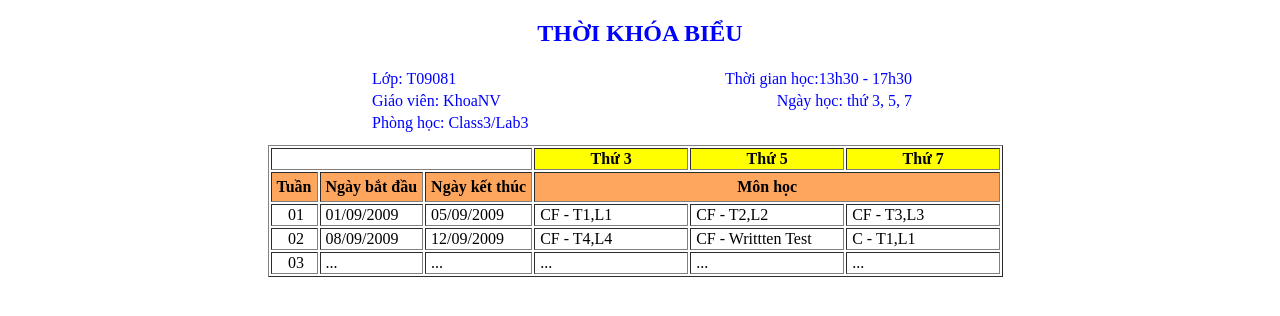
Repository: Lehuyhuynh/BT1-HTML
Page: index.html
These files come from the project's save history. The page is drawn as it stood at one moment and after the next save; the edit follows.
The browser window is 1280 px wide. The pictures show the whole page.

Above is the page before, as saved 2023-08-06 22:25:07.

After the next save:
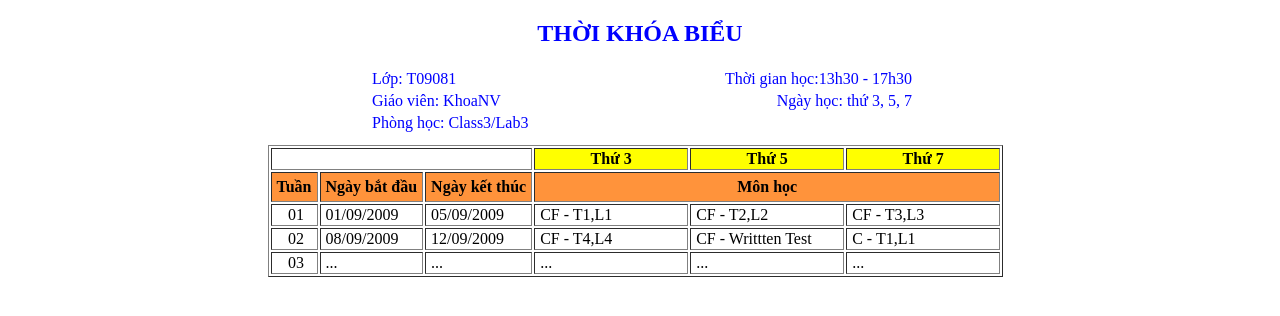
Saved 4 s later.
--- a/index.html
+++ b/index.html
@@ -76,7 +76,7 @@
             <th id="rank">Thứ 7</th>
           </tr>
 
-          <tr style="background-color: rgba(255, 115, 0, 0.63);">
+          <tr style="background-color: rgba(255, 115, 0, 0.767);">
             <th id="week">Tuần</th>
             <th id="extended-time">Ngày bắt đầu</th>
             <th id="extended-time">Ngày kết thúc</th>
